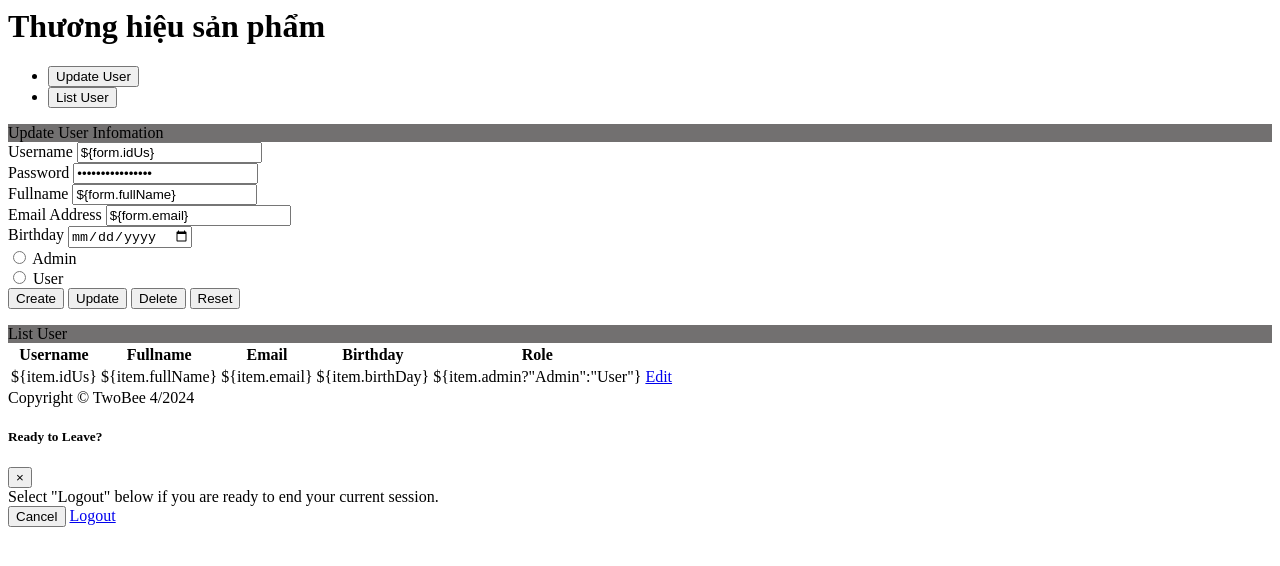
Repository: tuandh111/Java-6-asm
Page: Front-end/Java6_asm_/templates/admin/brands.html
These files come from the project's save history. The page is drawn as it stood at one moment and after the next save; the edit follows.
The browser window is 1280 px wide. The pictures show the whole page.

Above is the page before, as saved 2024-03-31 10:39:23.

After the next save:
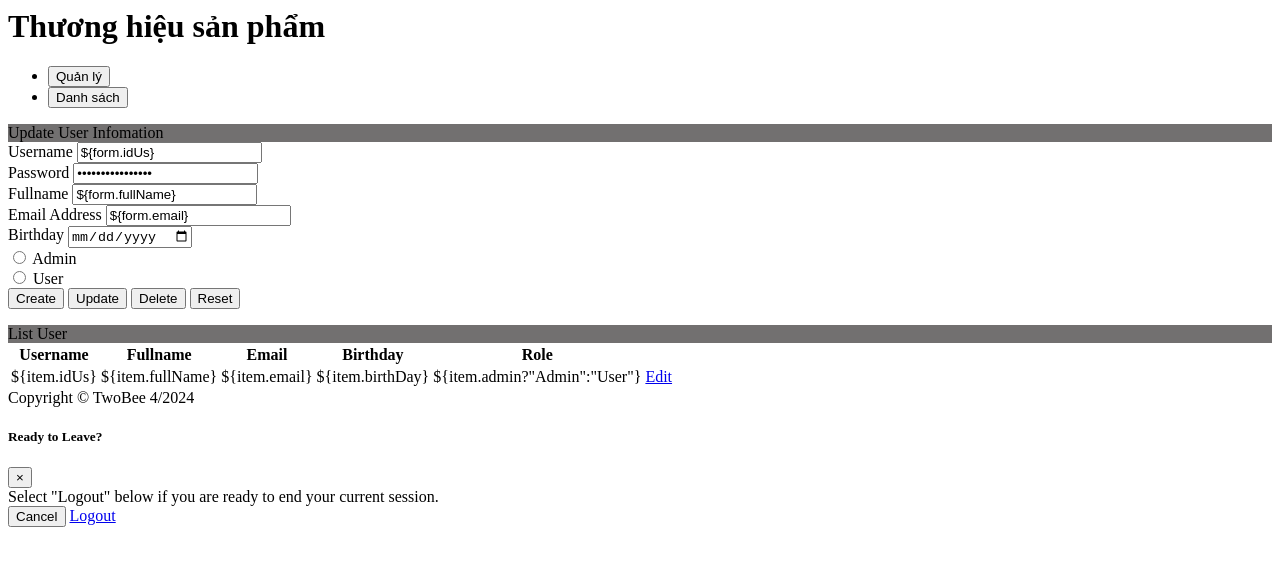
Saved 10 min 53 s later.
--- a/Front-end/Java6_asm_/templates/admin/brands.html
+++ b/Front-end/Java6_asm_/templates/admin/brands.html
@@ -28,23 +28,23 @@
                 </div>
 
                 <div class="row mt-5">
-                    <ul class="nav nav-tabs" id="editUser" role="tablist">
+                    <ul class="nav nav-tabs" id="manageBrands" role="tablist">
                         <li class="nav-item" role="presentation">
                             <button class="nav-link active" id="form-tab" data-bs-toggle="tab"
-                                data-bs-target="#form-tab-pane" type="button" role="tab" aria-controls="form-tab-pane"
-                                aria-selected="true">
-                                <i class="bi bi-pencil-square"></i> Update User
+                                data-bs-target="#form-tab-pane-manage-brands" type="button" role="tab"
+                                aria-controls="form-tab-pane-manage-brands" aria-selected="true">
+                                <i class="bi bi-pencil-square"></i> Quản lý
                             </button>
                         </li>
                         <li class="nav-item" role="presentation">
                             <button class="nav-link" id="list-tab" data-bs-toggle="tab" data-bs-target="#list-tab-pane"
                                 role="tab" aria-controls="list-tab-pane" aria-selected="false">
-                                <i class="bi bi-list-check"></i> List User
+                                <i class="bi bi-list-check"></i> Danh sách
                             </button>
                         </li>
                     </ul>
-                    <div class="tab-content" id="editUserTabContent">
-                        <div class="tab-pane fade show active" id="form-tab-pane" role="tabpanel"
+                    <div class="tab-content" id="manageBrandsTabContent">
+                        <div class="tab-pane fade show active" id="form-tab-pane-manage-brands" role="tabpanel"
                             aria-labelledby="form-tab" tabindex="0">
                             <div class="card">
                                 <div class="card-header align-items-center text-white"
@@ -57,37 +57,39 @@
                                             <div class="col-lg-6">
                                                 <div class="form-outline mb-3">
                                                     <label class="form-label"
-                                                        for="editUserModalUsername">Username</label>
-                                                    <input type="text" id="editUserModalUsername" name="idUs"
+                                                        for="manageBrandsModalUsername">Username</label>
+                                                    <input type="text" id="manageBrandsModalUsername" name="idUs"
                                                         value="${form.idUs}" class="form-control" required>
-                                                </div>
-                                            </div>
-                                            <div class="col-lg-6">
-                                                <div class="form-outline mb-4">
-                                                    <label class="form-label" for="editUserModalPass">Password</label>
-                                                    <input type="password" id="editUserModalPass" class="form-control"
-                                                        name="passWord" value="${form.passWord}" required>
                                                 </div>
                                             </div>
                                             <div class="col-lg-6">
                                                 <div class="form-outline mb-4">
                                                     <label class="form-label"
-                                                        for="editUserModalFullname">Fullname</label>
-                                                    <input type="text" id="editUserModalFullname" name="fullName"
+                                                        for="manageBrandsModalPass">Password</label>
+                                                    <input type="password" id="manageBrandsModalPass"
+                                                        class="form-control" name="passWord" value="${form.passWord}"
+                                                        required>
+                                                </div>
+                                            </div>
+                                            <div class="col-lg-6">
+                                                <div class="form-outline mb-4">
+                                                    <label class="form-label"
+                                                        for="manageBrandsModalFullname">Fullname</label>
+                                                    <input type="text" id="manageBrandsModalFullname" name="fullName"
                                                         value="${form.fullName}" class="form-control" required>
                                                 </div>
                                             </div>
                                             <div class="col-lg-6">
                                                 <div class="form-outline mb-4">
-                                                    <label class="form-label" for="editUserModalEmail">Email
-                                                        Address</label> <input type="email" id="editUserModalEmail"
+                                                    <label class="form-label" for="manageBrandsModalEmail">Email
+                                                        Address</label> <input type="email" id="manageBrandsModalEmail"
                                                         class="form-control" name="email" value="${form.email}"
                                                         required>
                                                 </div>
                                             </div>
 
                                             <div class="form-outline mb-4">
-                                                <label class="form-label" for="editUserModalEmail">Birthday</label>
+                                                <label class="form-label" for="manageBrandsModalEmail">Birthday</label>
                                                 <input type="date" id="registerModalDate" class="form-control"
                                                     name="birthDay" value="${form.birthDay}" required>
                                             </div>
